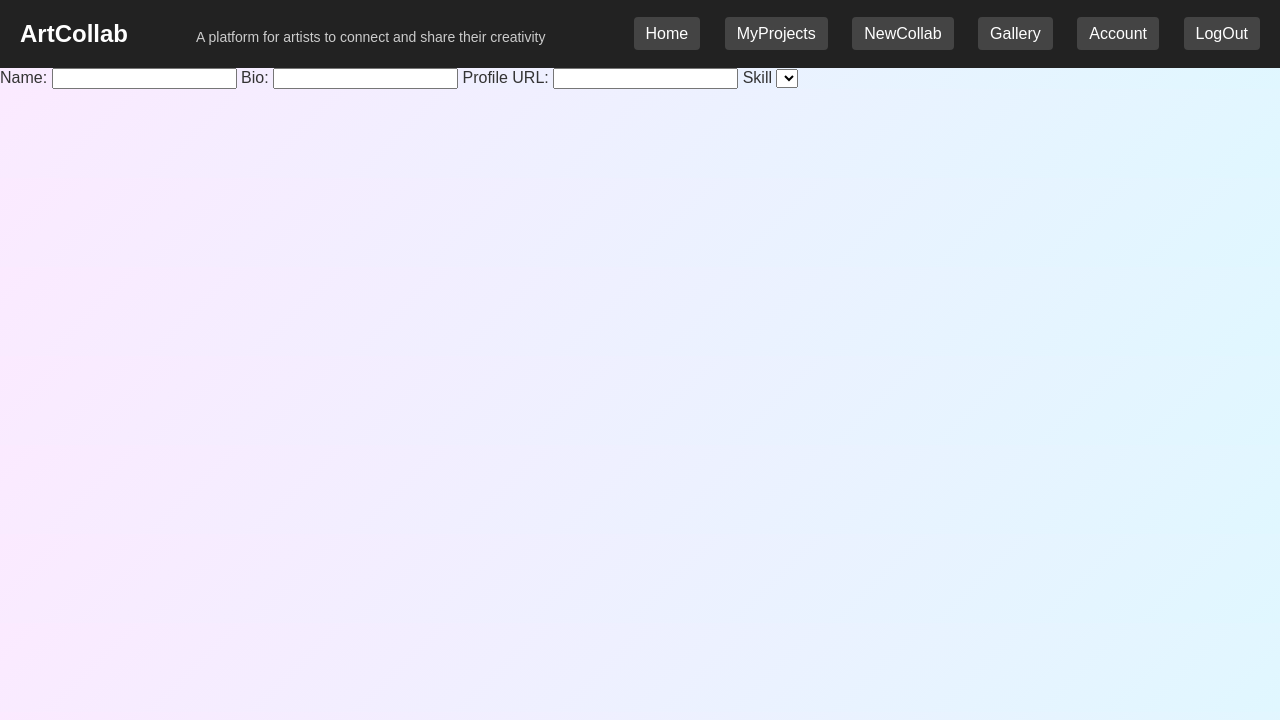
Repository: jeevanReddyP/ArtCollab_App
Page: profile.html
An editor plug-in stored every save of this project. The page is shown before and after a run of saves, followed by the edit.
The browser window is 1280 px wide. The pictures show the whole page.

Above is the page before, as saved 2025-06-12 18:37:17.

### profile.html
<!DOCTYPE html>
<html lang="en">
<head>
    <meta charset="UTF-8">
    <meta name="viewport" content="width=device-width, initial-scale=1.0">
    <title>Document</title>
    <style>
        body {
  margin: 0;
  font-family: sans-serif;
  background: linear-gradient(135deg, #fbeaff, #e0f7ff);
  color: #333;
}
#home-page {
  padding: 40px;
  background: linear-gradient(135deg, #fbeaff, #e0f7ff);
}

#navbar{
background-color:#222;
color: white;
display: flex;
padding: 20px;
justify-content: space-between;
align-items: center;
flex-wrap: wrap;
}
#navbar h2{
   margin: 0;
   font-size: 24px;
}
#navbar p{
    margin: 5px 0 0 0;
    font-size: 14px;
    color: #ccc;
}
.links a{
margin-left: 20px;
text-decoration: none;
color: white;
background-color: #444;
padding: 8px 12px;
border-radius: 4px;
transition: background-color 0.3s;
}
    </style>
</head>
<body>
    <div id="navbar">
            <h2>ArtCollab</h2>
            <p>A platform for artists to connect and share their creativity</p>
            <div class="links">
            <a href="dashboard.html">Home</a>
            <a href="projects.html">MyProjects</a>
            <a href="collab.html">NewCollab</a>
            <a href="gallery.html">Gallery</a>
            <a href="profile.html">Account</a>
            <a href="login.html">LogOut</a>
            </div>
    </div>
    <div id="mainsection">
      <label for="Name">Name:</label>
      <input type="text" name="" id="name">
      <label for="Bio">Bio:</label>
      <input type="text" name="" id="bio">
      <label for="Image">Profile URL:</label>
      <input type="url" name="" id="profile">
      <label for="Skills">Skill</label>
      <select name="" id="skills">
        <option value=""></option>
      </select>
    </div>
</body>
</html>

After the next 5 saves:
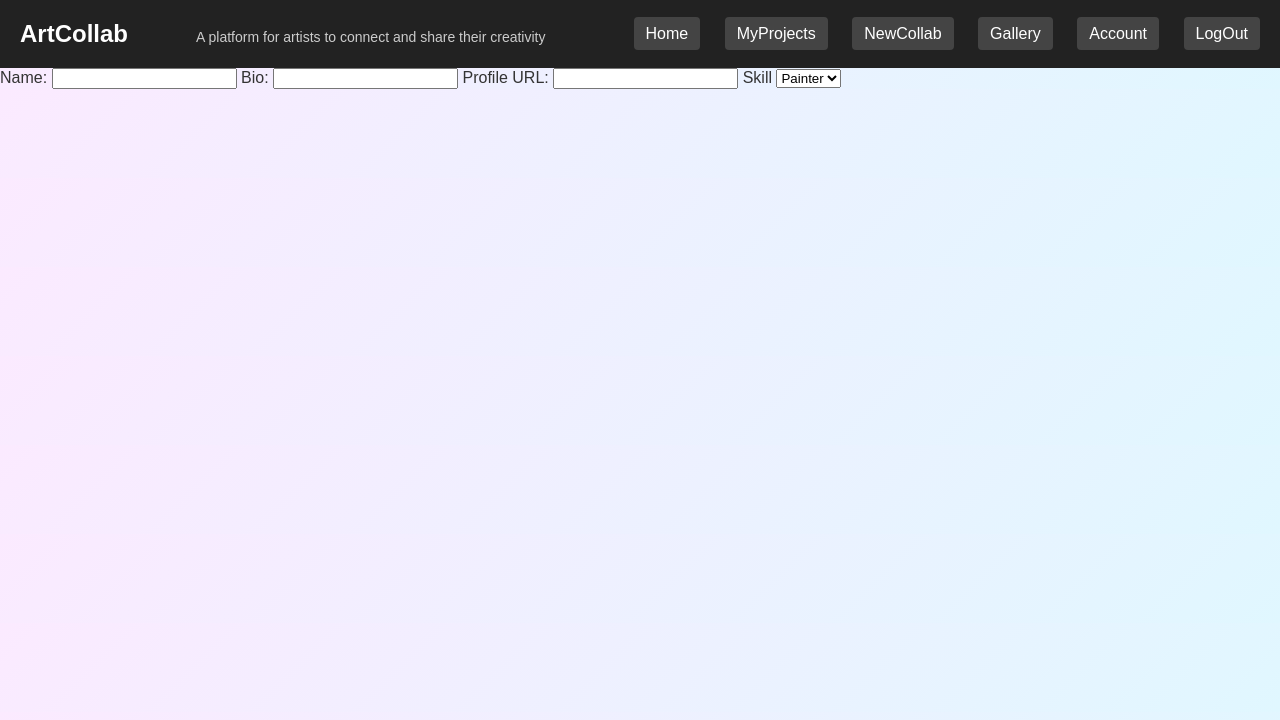
The 5 saves are shown as one change because they came seconds apart.
The last was saved 36 s later.
--- a/profile.html
+++ b/profile.html
@@ -67,6 +67,7 @@ transition: background-color 0.3s;
       <input type="url" name="" id="profile">
       <label for="Skills">Skill</label>
       <select name="" id="skills">
+        <option value="painter">Painter</option>
         <option value=""></option>
       </select>
     </div>
